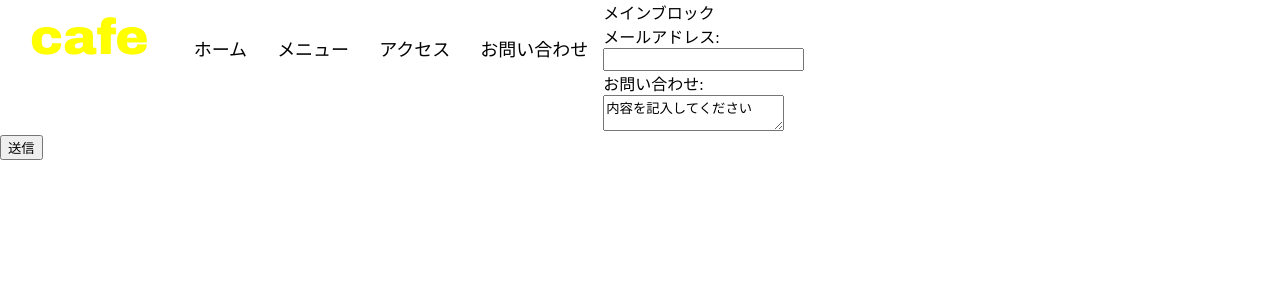
Repository: REO0315/samurai_HTML-CSS
Page: index.html
The author's editor kept a record of every edit. The page is drawn from the files as they stood at one moment, then again after the next edit.
The browser window is 1280 px wide. The pictures show the whole page.

Above is the page before.

### index.html
<!DOCTYPE html>
<html>
 <head>
  <title>samurai</title>
  <meta charset="UTF-8">
  <link rel="stylesheet" href="style.css" type="text/css" />
 </head>
  <body>
   <header>
    <div class="header-logo">cafe</div>
     <div class="header-list">
      <ul>
      <li>ホーム</li>
      <li>メニュー</li>
      <li>アクセス</li>
      <li>お問い合わせ</li>
      </ul>

     </div>


   </header>
   <main>
    メインブロック
    <section class="main_visual"></section>
    <section class="main_side"></section>
    <section class="main_content"></section>

   </main>

   <footer>
   メールアドレス:<br>
   <input type="text" name="mail" class="textbox"><br>
   お問い合わせ:<br>
   <textarea name="naiyou">内容を記入してください</textarea><br>
   <input type="submit" value="送信">
   </footer>


     </body>
</html>

### style.css
html, body, div, span, object, iframe,
h1, h2, h3, h4, h5, h6, p, blockquote, pre,
abbr, address, cite, code,
del, dfn, em, img, ins, kbd, q, samp,
small, strong, sub, sup, var,
b, i,
dl, dt, dd, ol, ul, li,
fieldset, form, label, legend,
table, caption, tbody, tfoot, thead, tr, th, td,
article, aside, canvas, details, figcaption, figure,
footer, header, hgroup, menu, nav, section, summary,
time, mark, audio, video {
 margin:0;
 padding:0;
 border:0;
 outline:0;
 vertical-align:baseline;
 background:transparent;
}

.header{
    background-color:#33CC00;
    height:100px;
}
.header-logo{
    font-family:'arial black';
    color:#FFFF00;
    font-size:50px;
    float:left;
    padding:10px 30px;
}
.header-list li{
    list-style:none;
    font-size:18px;
    padding:35px 15px;
    float:left;
}
.main{
    height:700px;
    background-color:#AAFFFF;
}

.footer{
    height:200px;
    background-color:#FF55FF;
}
.textbox{
    padding:2px 10px;
    margin:0px;
}

After the next edit:
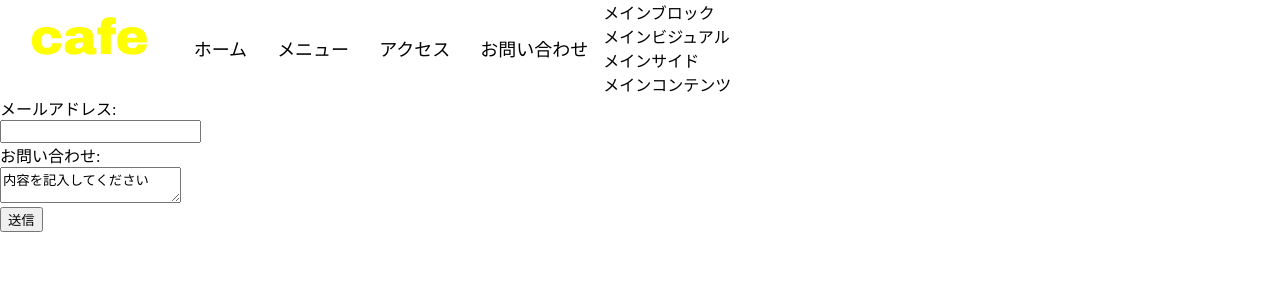
The edit:
--- a/index.html
+++ b/index.html
@@ -22,9 +22,9 @@
    </header>
    <main>
     メインブロック
-    <section class="main_visual"></section>
-    <section class="main_side"></section>
-    <section class="main_content"></section>
+    <section class="main_visual">メインビジュアル</section>
+    <section class="main_side">メインサイド</section>
+    <section class="main_content">メインコンテンツ</section>
 
    </main>
 
